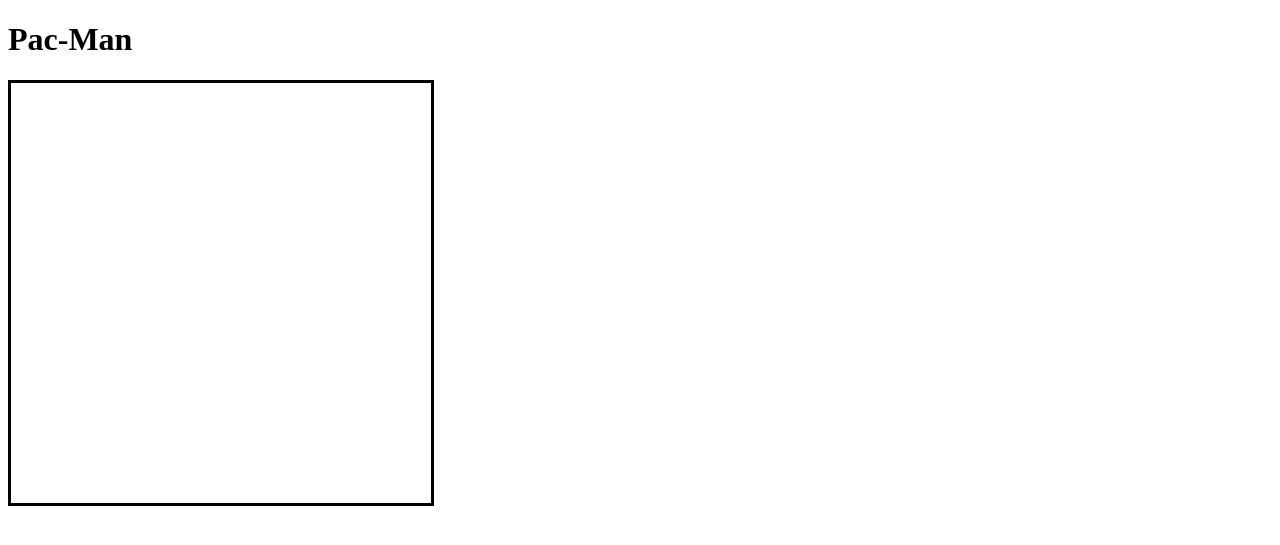
Repository: Bartolomeuss/Pac-man-in-JavaScript
Page: index.html
These files come from the project's save history. The page is drawn as it stood at one moment and after the next save; the edit follows.
The browser window is 1280 px wide. The pictures show the whole page.

Above is the page before, as saved 2020-12-28 20:34:05.

### index.html
<!DOCTYPE html>
<html lang="en">
<head>
    <meta charset="UTF-8">
    <meta name="viewport" content="width=device-width, initial-scale=1.0">
    <link rel="stylesheet" href="/CSS/style.css">
    <title>Pac-Man</title>
</head>
<body>
    <h1>Pac-Man</h1>
    <div class="grid"></div>
    <script src="main.js"></script>
</body>
</html>

### CSS/style.css
html,
body {
  margin: 10;
  padding: 10;
}

.grid {
  width: 420px;
  height: 420px;
  border: solid 3px black;
}

.grid div {
  width: 15px;
  height: 15px;
  background-color: blue;
  display: flex;
}

Loaded but not shown: main.js (empty)

After the next save:
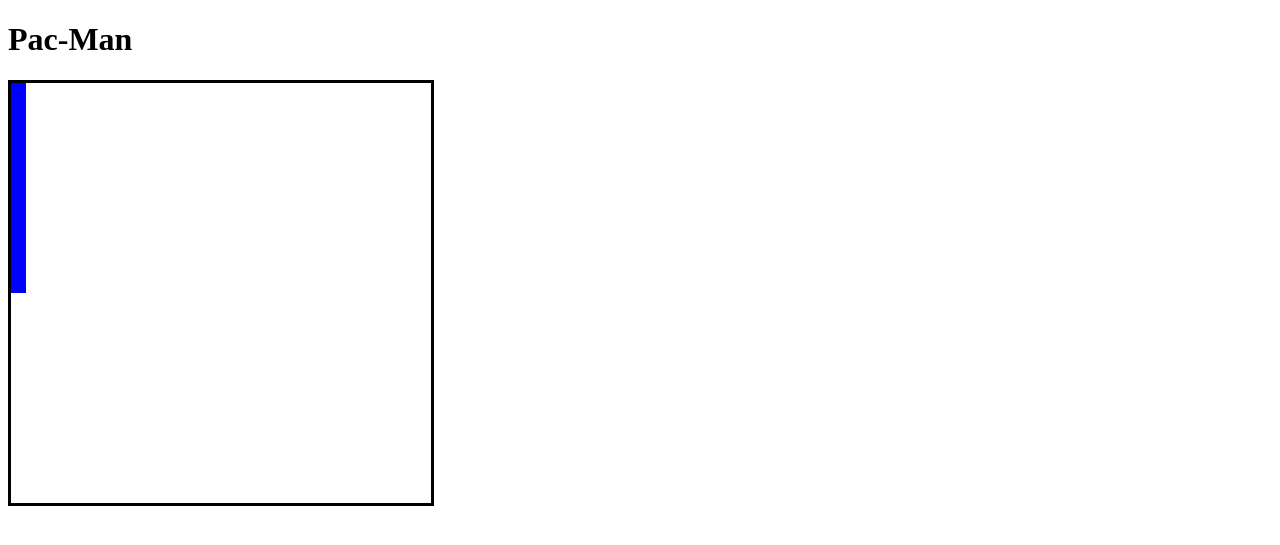
Saved 50 s later.
--- a/index.html
+++ b/index.html
@@ -8,7 +8,23 @@
 </head>
 <body>
     <h1>Pac-Man</h1>
-    <div class="grid"></div>
+    <div class="grid">
+    <div></div>
+    <div></div>
+    <div></div>
+    <div></div>
+    <div></div>
+    <div></div>
+    <div></div>
+    <div></div>
+    <div></div>
+    <div></div>
+    <div></div>
+    <div></div>
+    <div></div>
+    <div></div>
+
+    </div>
     <script src="main.js"></script>
 </body>
 </html>
